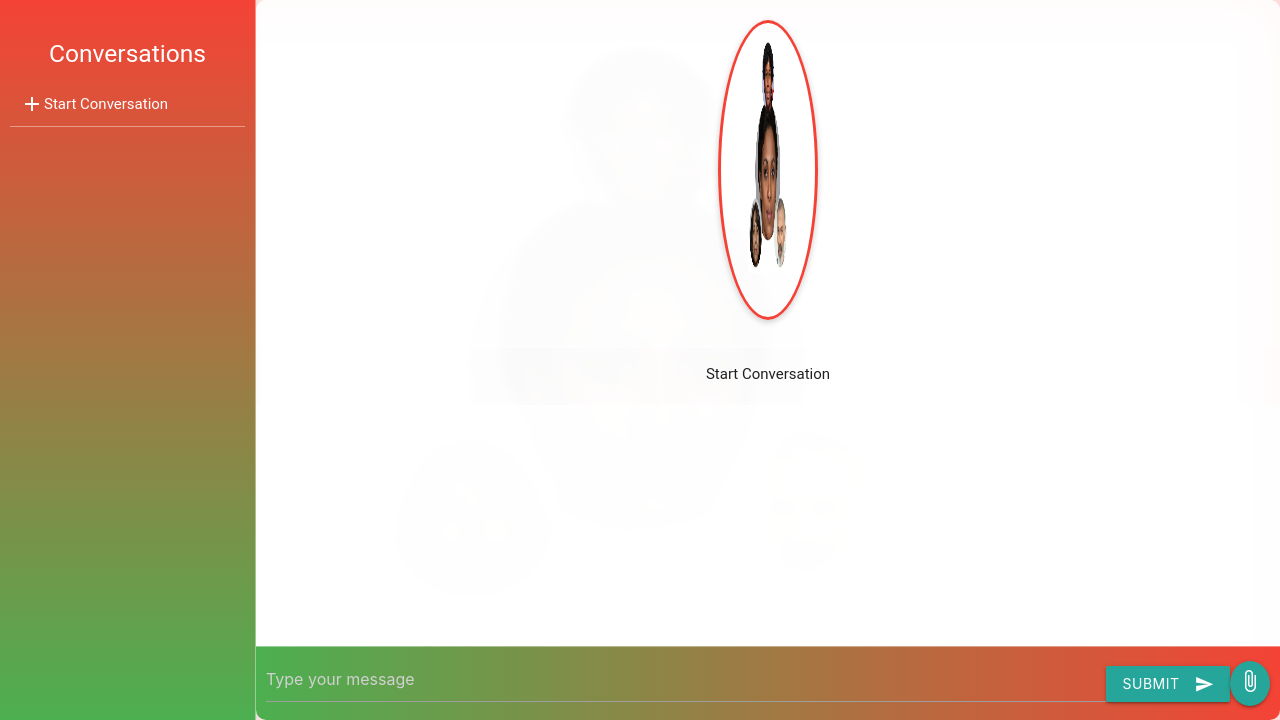
Repository: jcuzcan/sesmag
Page: / (app in frontend/)
These files come from the project's save history. The page is drawn as it stood at one moment and after the next save; the edit follows.
The browser window is 1280 px wide. The pictures show the whole page.
The page's requests for data from a server got no answer. The project was rebuilt for these pictures with package versions that can differ from the ones it lists, and the page was loaded fresh each time. No one was signed in, and anything a server would have sent is missing.

Above is the page before, as saved 2024-12-09 22:10:26.

After the next save:
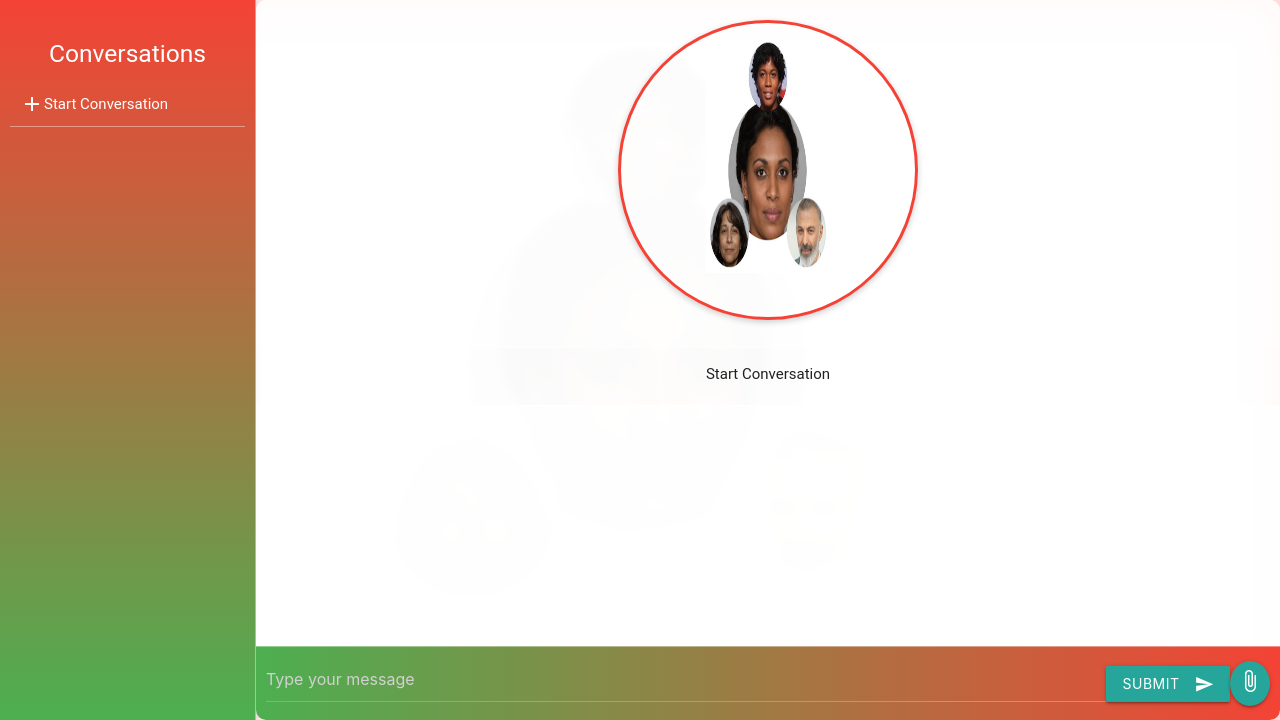
Saved 6 s later.
--- a/frontend/src/App.css
+++ b/frontend/src/App.css
@@ -80,7 +80,7 @@ body {
 }
 
 .image-container img {
-  max-width: 100px;
+  max-width: 300px;
   height: 300px;
   border-radius: 50%;
   border: 3px solid #f44336;
